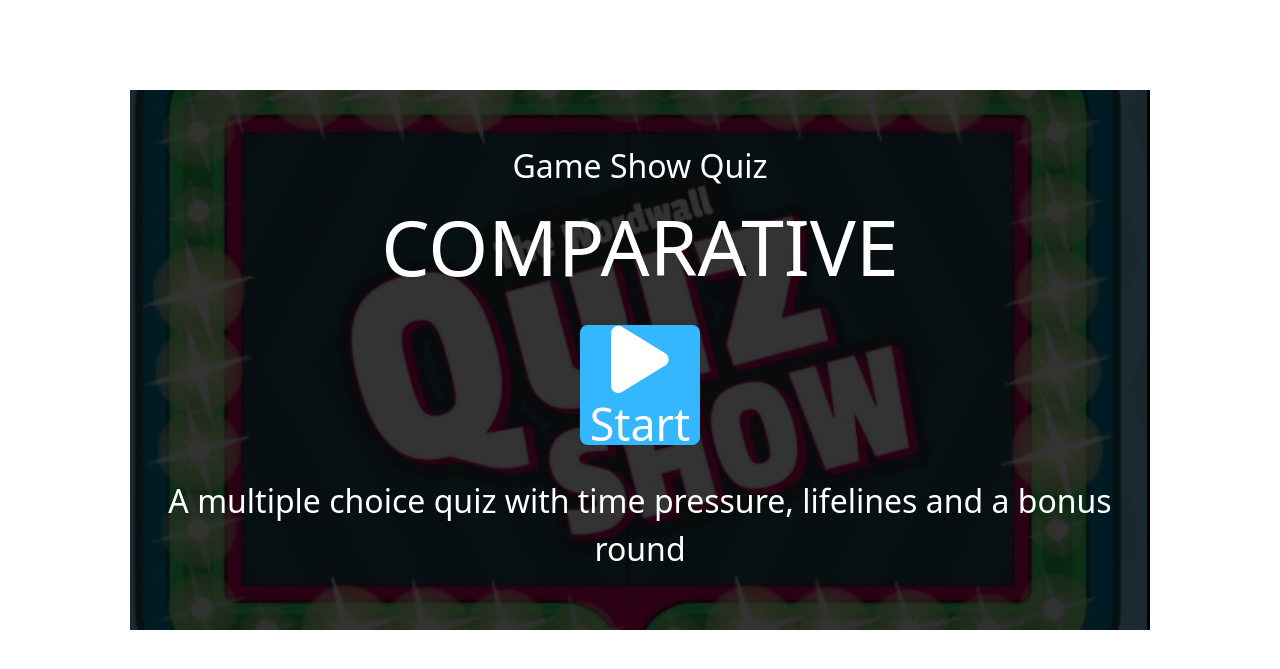
Repository: litaiqiang1407/comparative-gq
Page: /
The author's editor kept a copy of each file at every save. The page is drawn from the files as they stood at one save, then again after the next save.
The browser window is 1280 px wide. The pictures show the whole page.
The project was rebuilt for these pictures with package versions that can differ from the ones it lists, and the page was loaded fresh each time. Also part of the build but not shown: vue.config.js.

Above is the page before, as saved 2024-06-20 22:19:09.

After the next save:
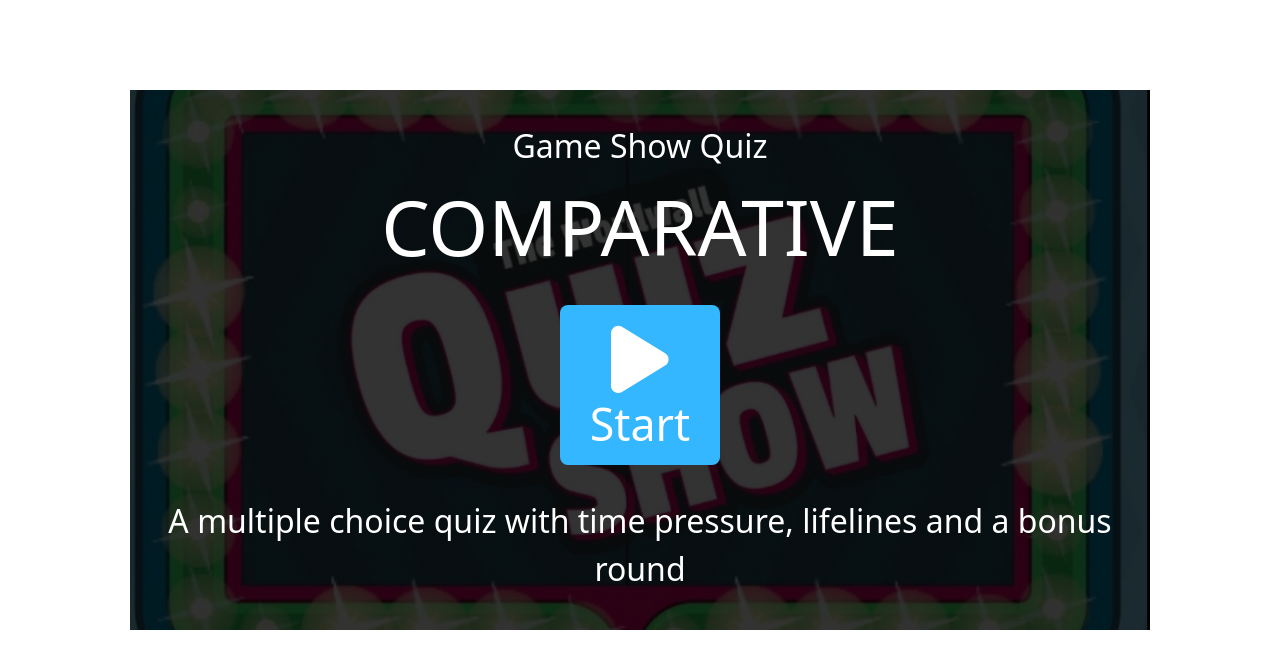
Saved 29 s later.
--- a/src/components/StartGame/StartGame.scss
+++ b/src/components/StartGame/StartGame.scss
@@ -28,8 +28,8 @@
     }
 
     .play-button {
-      height: 120px;
-      width: 120px;
+      height: 160px;
+      width: 160px;
       display: flex;
       flex-direction: column;
       justify-content: center;
